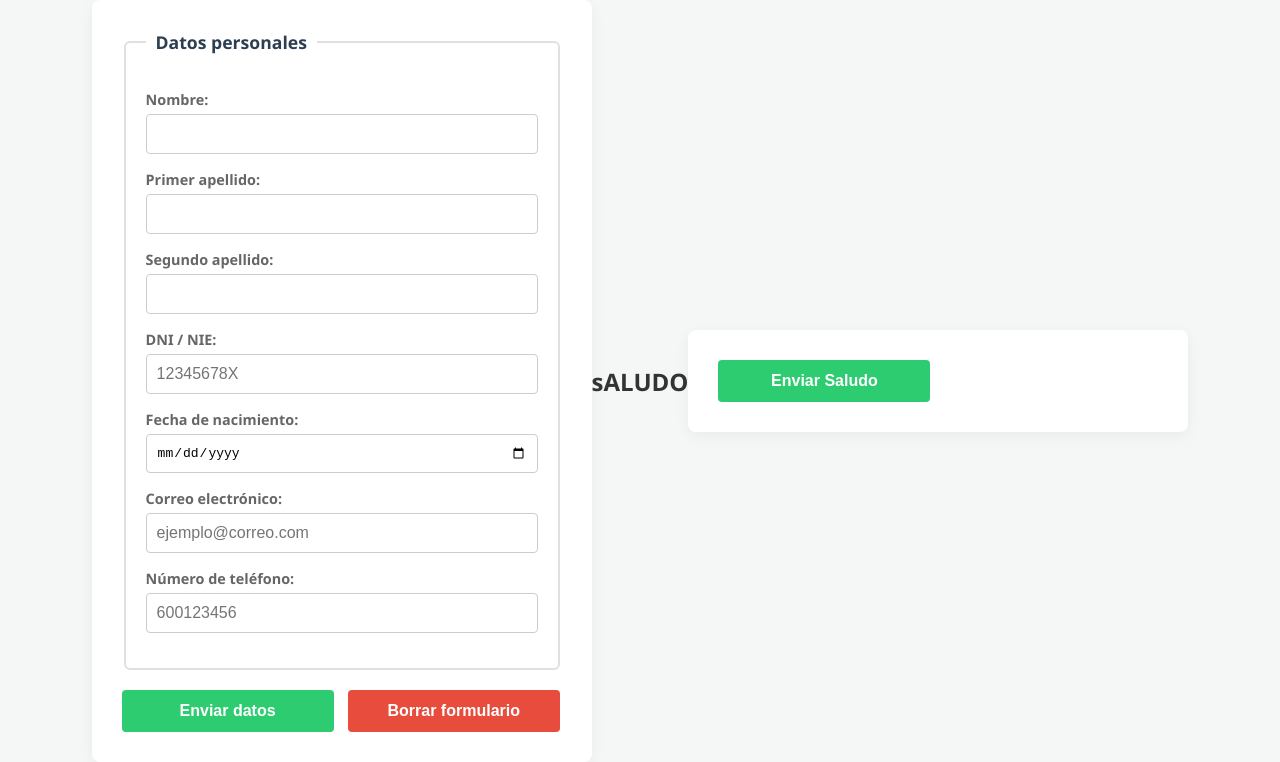
Repository: Daniel-gc271/Acceso-a-datos
Page: webapp-example/src/main/webapp/Ej5-post.html
An editor plug-in stored every save of this project. The page is shown before and after the next save, followed by the edit.
The browser window is 1280 px wide. The pictures show the whole page.

Above is the page before, as saved 2026-10-05 10:17:25.

After the next save:
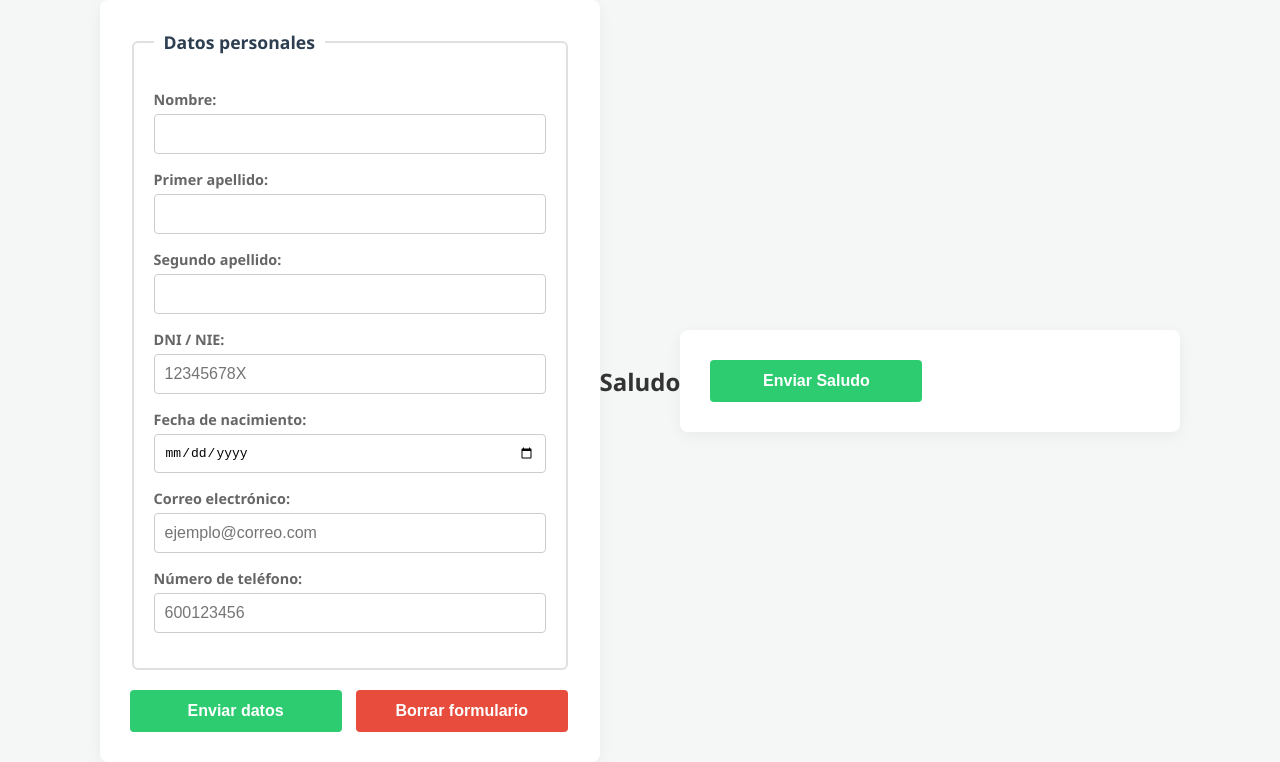
Saved 8 s later.
--- a/webapp-example/src/main/webapp/Ej5-post.html
+++ b/webapp-example/src/main/webapp/Ej5-post.html
@@ -56,7 +56,7 @@
 	<button type="submit">Enviar datos</button>
 	<button type="reset">Borrar formulario</button>
 </form>
-<h2>sALUDO</h2>
+<h2>Saludo</h2>
 <form action="Ej5Post_ejemplo" method="get" class="form-get-saludo">
     <!-- Variable oculta: name es el nombre de la variable, value es su valor -->
     <input type="hidden" name="saludo" value="hola">
